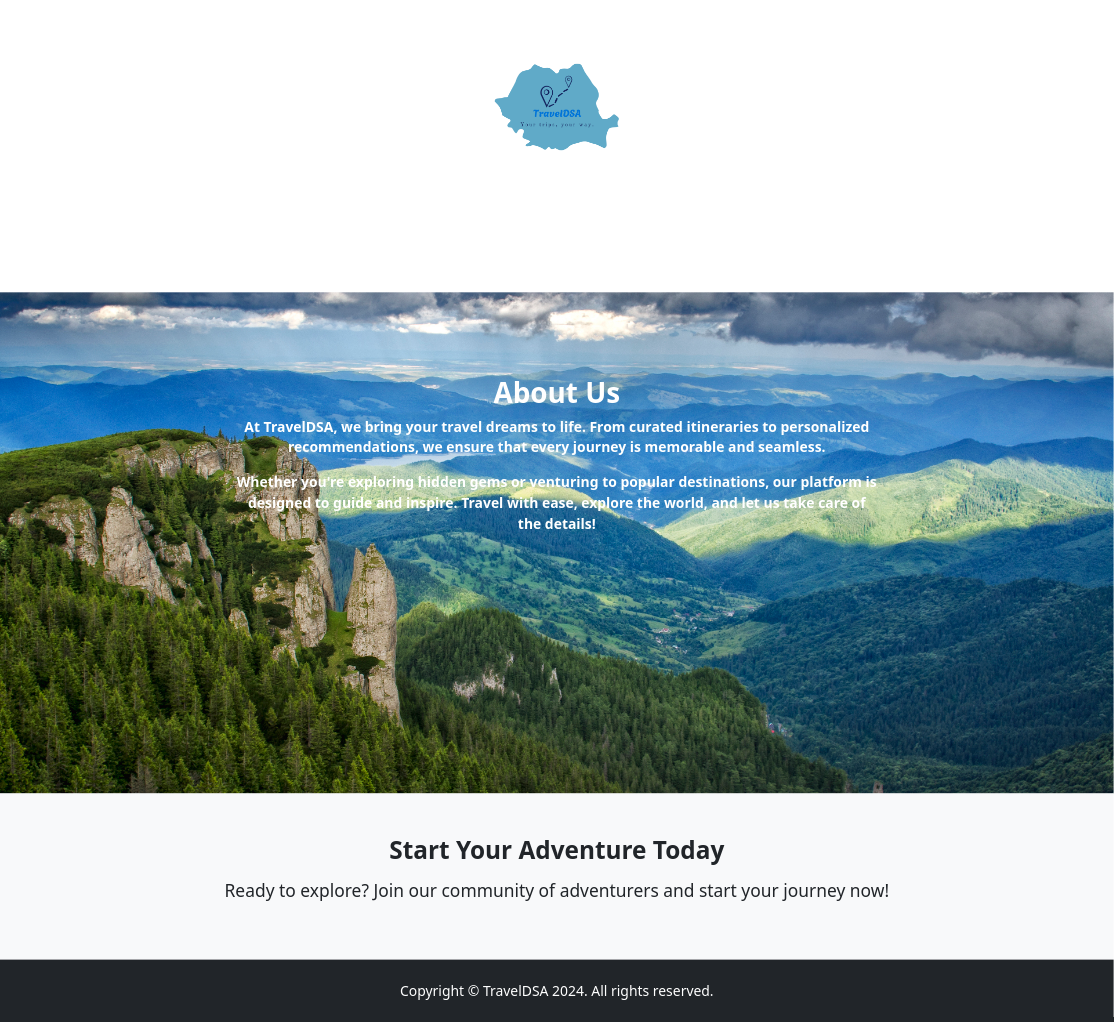
Repository: bettowww/TravelDSA
Page: /home
These files come from the project's save history. The page is drawn as it stood at one moment and after a run of saves; the edit follows.
The browser window is 1280 px wide. The pictures show the whole page, at 87% of full size.
The project was rebuilt for these pictures with package versions that can differ from the ones it lists, and the page was loaded fresh each time. The framework's server and built-in components were replaced by stand-ins that run in the browser. Also part of the build but not shown: next.config.mjs.

Above is the page before, as saved 2024-12-10 13:48:03.

### app/home/page.jsx
"use client";

// import React, { useState } from "react";
// import { useRouter } from "next/navigation";

import "../../styles/home.css"; // Importă stilurile CSS
import "bootstrap/dist/css/bootstrap.min.css"; // Import Bootstrap CSS

const HomePage = () => {
  // const router = useRouter(); // Pentru navigare

  return (
    <div>
      {/* Header Section */}
      <header>
        <div className="text-center my-5">
          <img
            className="img-fluid rounded-circle mb-4"
            src="/pictures/logo.png"
            alt="Company Logo"
            style={{ width: "150px", height: "150px" }}
          />
          <h1 className="text-white fs-3 fw-bolder">Welcome to TravelDSA</h1>
          <p className="text-white-50 mb-0">
            Your trusted travel companion for exploring the world.
          </p>
        </div>
      </header>

      {/* About Us Section */}
      <section
        className="py-5 about-us-section"
        style={{
          backgroundImage: `url("/pictures/homepage.jpg")`,
          backgroundSize: "cover",
          backgroundPosition: "center",
          backgroundRepeat: "no-repeat",
          color: "#fff",
          padding: "80px 20px", // Increase padding for larger content area
          minHeight: "80vh", // Ensure the section spans at least the full height of the viewport
        }}
      >
        <div className="container my-5">
          <div className="row justify-content-center">
            <div className="col-lg-8 text-center">
              <h2 className="fw-bold">About Us</h2>
              <p className="fw-bold">
                At TravelDSA, we bring your travel dreams to life. From curated
                itineraries to personalized recommendations, we ensure that
                every journey is memorable and seamless.
              </p>
              <p className="fw-bold">
                Whether you're exploring hidden gems or venturing to popular
                destinations, our platform is designed to guide and inspire.
                Travel with ease, explore the world, and let us take care of the
                details!
              </p>
            </div>
          </div>
        </div>
      </section>


      {/* Call to Action Section */}
      <section className="py-5 bg-light">
        <div className="container text-center">
          <h3 className="fw-bold mb-3">Start Your Adventure Today</h3>
          <p className="lead">
            Ready to explore? Join our community of adventurers and start your
            journey now!
          </p>
        </div>
      </section>

      {/* Footer */}
      <footer className="py-4 bg-dark">
        <div className="container">
          <p className="m-0 text-center text-white">
            Copyright &copy; TravelDSA 2024. All rights reserved.
          </p>
        </div>
      </footer>
    </div>
  );
};

export default HomePage;

Loaded but not shown: styles/home.css (library)

After the next 2 saves:
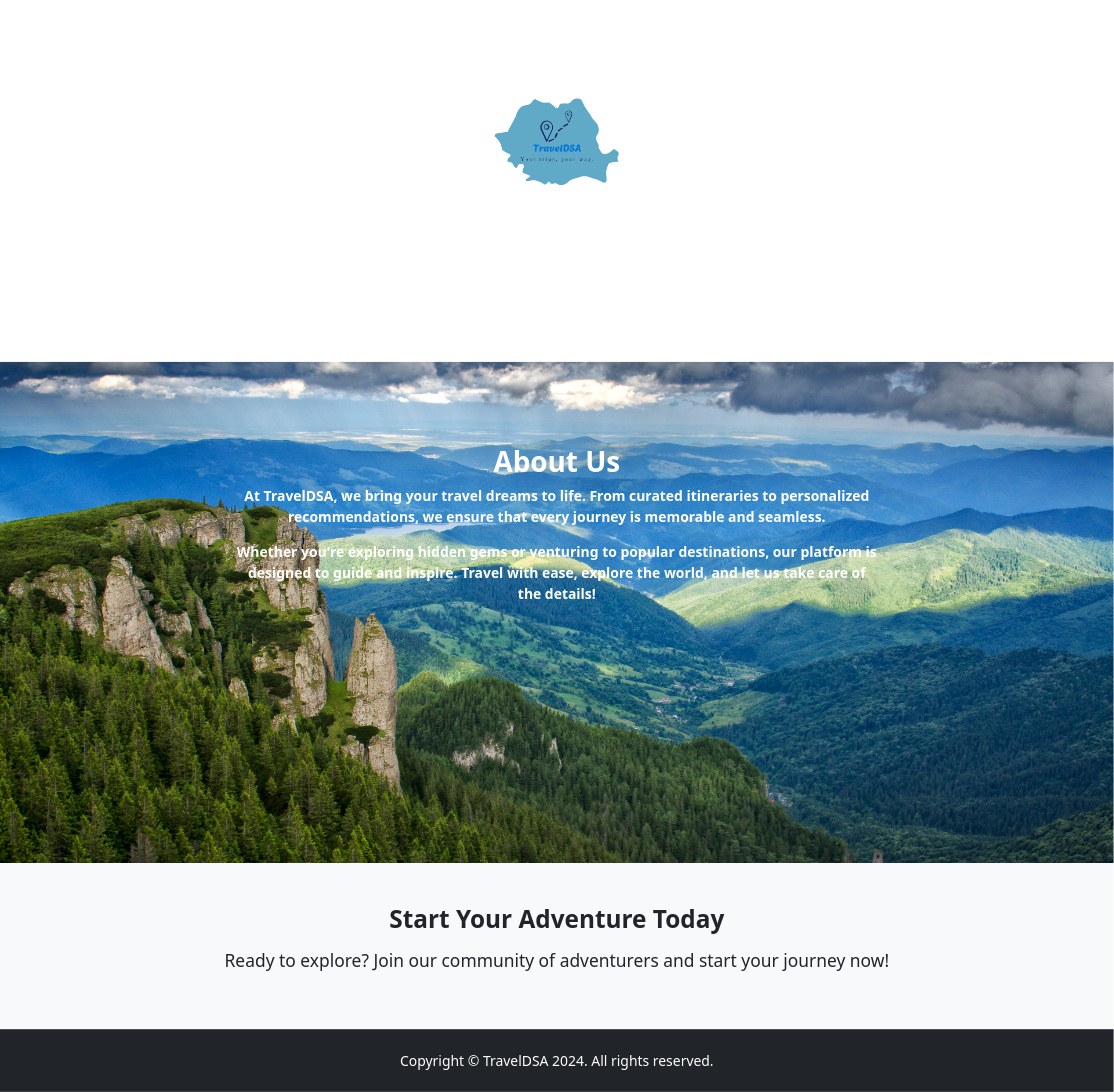
The 2 saves are shown as one change because 1 did not build or start.
The last was saved 5 min 0 s later.
--- a/app/home/page.jsx
+++ b/app/home/page.jsx
@@ -12,7 +12,7 @@ const HomePage = () => {
   return (
     <div>
       {/* Header Section */}
-      <header>
+      <header style={{ padding: "40px 0", backgroundColor: "var(--color-darkblue1)" }}>
         <div className="text-center my-5">
           <img
             className="img-fluid rounded-circle mb-4"
